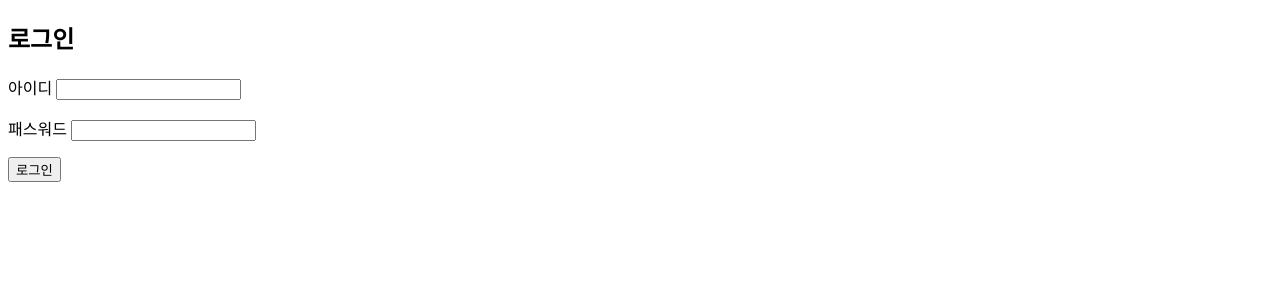
Repository: kiyongee2/space_jspworks
Page: http://localhost/jweb01/cart/loginForm.jsp
The author's editor kept a copy of each file at every save. The page is drawn from the files as they stood at one save, then again after the next save.
The browser window is 1280 px wide. The pictures show the whole page.
The page is served by Tomcat 10. Other server files are loaded and not shown.

Above is the page before, as saved 2025-10-13 02:53:13.

### jweb01/src/main/webapp/cart/loginForm.jsp
<%@ page language="java" contentType="text/html; charset=UTF-8"
    pageEncoding="UTF-8"%>
<!DOCTYPE html>
<html>
<head>
<meta charset="UTF-8">
<title>로그인 폼</title>
</head>
<body>
	<h2>로그인</h2>
	<form action="session01_process.jsp" method="post">
		<p>아이디 <input type="text" name="id"></p>
		<p>패스워드 <input type="password" name="passwd"></p>
		<p><input type="submit" value="로그인"></p>
	</form>
</body>
</html>

After the next save:
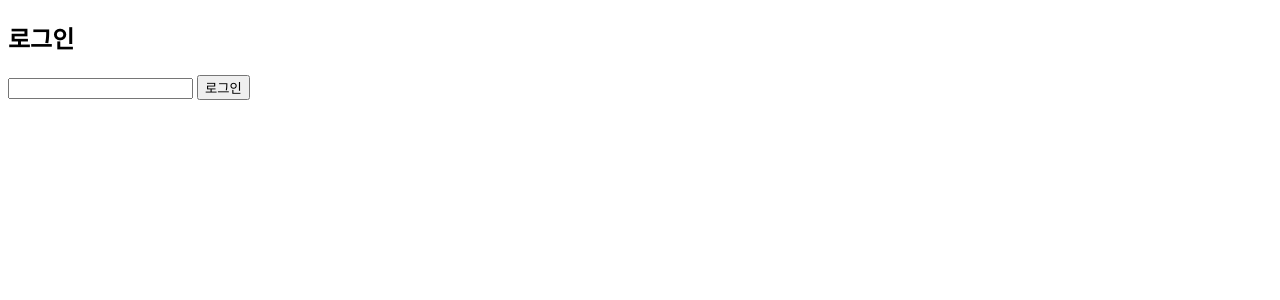
Saved 9 min 3 s later.
--- a/jweb01/src/main/webapp/cart/loginForm.jsp
+++ b/jweb01/src/main/webapp/cart/loginForm.jsp
@@ -8,10 +8,11 @@
 </head>
 <body>
 	<h2>로그인</h2>
-	<form action="session01_process.jsp" method="post">
-		<p>아이디 <input type="text" name="id"></p>
-		<p>패스워드 <input type="password" name="passwd"></p>
-		<p><input type="submit" value="로그인"></p>
+	<form action="selProduct.jsp" method="post">
+		<p>
+			<input type="text" name="username">
+			<input type="submit" value="로그인">
+		</p>
 	</form>
 </body>
 </html>
